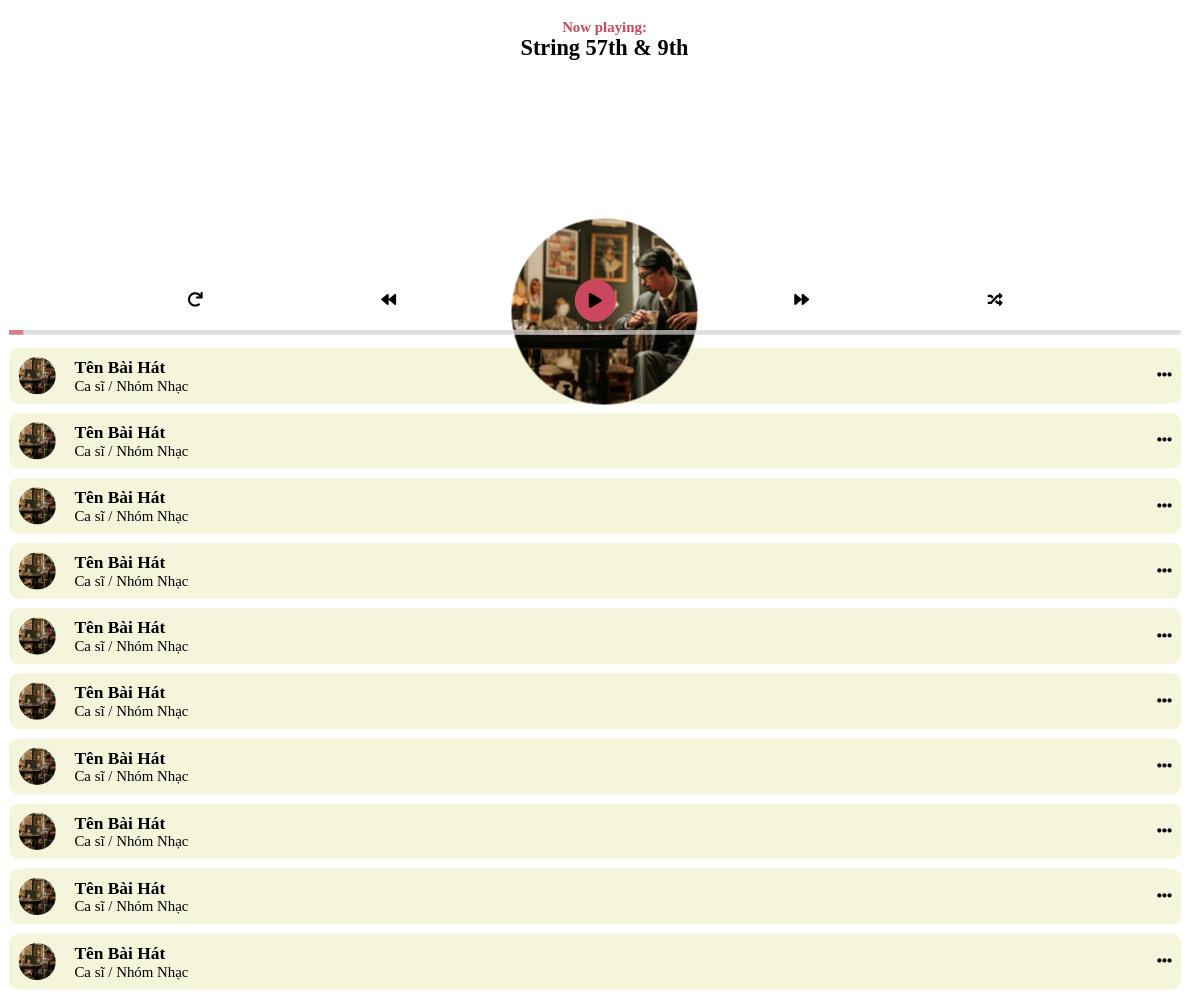
Repository: dovanthao2404/AppMusicPlayer
Page: index.html
The author's editor kept a copy of each file at every save. The page is drawn from the files as they stood at one save, then again after the next save.
The browser window is 1280 px wide. The pictures show the whole page, at 93% of full size.

Above is the page before, as saved 2021-06-28 11:14:19.

### index.html
<!DOCTYPE html>
<html lang="en">

<head>
  <meta charset="UTF-8">
  <meta http-equiv="X-UA-Compatible" content="IE=edge">
  <meta name="viewport" content="width=device-width, initial-scale=1.0">
  <title>Music</title>
  <!-- FONTAWESOME -->
  <link rel="stylesheet" href="https://cdnjs.cloudflare.com/ajax/libs/font-awesome/5.15.3/css/all.min.css"
    integrity="sha512-iBBXm8fW90+nuLcSKlbmrPcLa0OT92xO1BIsZ+ywDWZCvqsWgccV3gFoRBv0z+8dLJgyAHIhR35VZc2oM/gI1w=="
    crossorigin="anonymous" referrerpolicy="no-referrer" />
  <!-- MAIN CSS -->
  <link rel="stylesheet" href="./css/app.css">
</head>

<body>
  <div class="player">
    <div class="dashboards">
      <!-- HEADER -->
      <header>
        <h4>Now playing:</h4>
        <h2>String 57th & 9th</h2>
      </header>

      <!-- CD -->
      <div id="cd" class="cd">
        <div class="thumb">
          <img src="./img/loinho.jpg" alt="">
        </div>
      </div>

      <!-- CONTROL -->
      <div class="controls" class="controls">
        <div class="btn btn-repeat">
          <i class="fa fa-redo"></i>
        </div>
        <div class="btn btn-prev">
          <i class="fa fa-backward"></i>
        </div>
        <div class="btn btn-toggle-play">
          <i class="fa fa-play"></i>
        </div>
        <div class="btn btn-next">
          <i class="fa fa-forward"></i>
        </div>
        <div class="btn btn-random">
          <i class="fa fa-random"></i>
        </div>
      </div>

      <!-- PROGRESS -->
      <input id="progress" class="progress" value="0" step="1" min="0" max="100" type="range">

      <!-- AUDIO -->
      <audio id="audio" src="./music/trontim.mp3"></audio>

      <!-- PLAY LIST -->
      <div class="playlist">
        <div class="song">
          <div class="thumb">
            <img src="./img/loinho.jpg" alt="">
          </div>
          <div class="body">
            <h3 class="title">Tên Bài Hát</h3>
            <p class="author">Ca sĩ / Nhóm Nhạc</p>
          </div>
          <div class="option">
            <i class="fa fa-ellipsis-h"></i>
          </div>
        </div>
        <div class="song">
          <div class="thumb">
            <img src="./img/loinho.jpg" alt="">
          </div>
          <div class="body">
            <h3 class="title">Tên Bài Hát</h3>
            <p class="author">Ca sĩ / Nhóm Nhạc</p>
          </div>
          <div class="option">
            <i class="fa fa-ellipsis-h"></i>
          </div>
        </div>
        <div class="song">
          <div class="thumb">
            <img src="./img/loinho.jpg" alt="">
          </div>
          <div class="body">
            <h3 class="title">Tên Bài Hát</h3>
            <p class="author">Ca sĩ / Nhóm Nhạc</p>
          </div>
          <div class="option">
            <i class="fa fa-ellipsis-h"></i>
          </div>
        </div>
        <div class="song">
          <div class="thumb">
            <img src="./img/loinho.jpg" alt="">
          </div>
          <div class="body">
            <h3 class="title">Tên Bài Hát</h3>
            <p class="author">Ca sĩ / Nhóm Nhạc</p>
          </div>
          <div class="option">
            <i class="fa fa-ellipsis-h"></i>
          </div>
        </div>
        <div class="song">
          <div class="thumb">
            <img src="./img/loinho.jpg" alt="">
          </div>
          <div class="body">
            <h3 class="title">Tên Bài Hát</h3>
            <p class="author">Ca sĩ / Nhóm Nhạc</p>
          </div>
          <div class="option">
            <i class="fa fa-ellipsis-h"></i>
          </div>
        </div>
        <div class="song">
          <div class="thumb">
            <img src="./img/loinho.jpg" alt="">
          </div>
          <div class="body">
            <h3 class="title">Tên Bài Hát</h3>
            <p class="author">Ca sĩ / Nhóm Nhạc</p>
          </div>
          <div class="option">
            <i class="fa fa-ellipsis-h"></i>
          </div>
        </div>
        <div class="song">
          <div class="thumb">
            <img src="./img/loinho.jpg" alt="">
          </div>
          <div class="body">
            <h3 class="title">Tên Bài Hát</h3>
            <p class="author">Ca sĩ / Nhóm Nhạc</p>
          </div>
          <div class="option">
            <i class="fa fa-ellipsis-h"></i>
          </div>
        </div>
        <div class="song">
          <div class="thumb">
            <img src="./img/loinho.jpg" alt="">
          </div>
          <div class="body">
            <h3 class="title">Tên Bài Hát</h3>
            <p class="author">Ca sĩ / Nhóm Nhạc</p>
          </div>
          <div class="option">
            <i class="fa fa-ellipsis-h"></i>
          </div>
        </div>
        <div class="song">
          <div class="thumb">
            <img src="./img/loinho.jpg" alt="">
          </div>
          <div class="body">
            <h3 class="title">Tên Bài Hát</h3>
            <p class="author">Ca sĩ / Nhóm Nhạc</p>
          </div>
          <div class="option">
            <i class="fa fa-ellipsis-h"></i>
          </div>
        </div>
        <div class="song">
          <div class="thumb">
            <img src="./img/loinho.jpg" alt="">
          </div>
          <div class="body">
            <h3 class="title">Tên Bài Hát</h3>
            <p class="author">Ca sĩ / Nhóm Nhạc</p>
          </div>
          <div class="option">
            <i class="fa fa-ellipsis-h"></i>
          </div>
        </div>
      </div>
    </div>
  </div>
  <script src="./js/app.js"></script>
</body>

</html>

### css/app.css
/* GLOBAL */
* {
  padding: 0;
  margin: 0;
  box-sizing: border-box;
}
/* PLAYER */
.dashboards {
  margin: 0 10px;
}
header {
  text-align: center;
  margin: 20px 0;
  position: fixed;
  top: 0;
  width: 100%;
  z-index: 9999;
}
header h4 {
  color: rgb(202, 71, 93);
}
.cd {
  position: fixed;
  top: 85px;
  width: 100%;
  height: 300px;
  z-index: 9999;
}
.cd .thumb {
  width: 200px;
  height: 200px;
  position: absolute;
  top: 50%;
  left: 50%;
  transform: translate(-50%);
}
.cd .thumb img {
  border-radius: 50%;
  width: 100%;
  height: 100%;
  object-fit: cover;
}
.controls {
  display: flex;
  justify-content: space-evenly;
  align-items: center;
  margin-top: 300px;
  position: sticky;
  top: 85px;
  z-index: 9999;
}
.btn-toggle-play .fa {
  padding: 15px;
  border-radius: 50%;
  background-color: rgb(202, 71, 93);
}
.controls .fa-pause {
  display: none;
}
.progress {
  -webkit-appearance: none;
  width: 100%;
  height: 5px;
  background: #d3d3d3;
  outline: none;
  opacity: 0.7;
  transition: opacity 0.2s;
  position: sticky;
  top: 145px;
  z-index: 9999;
}
.progress::-webkit-slider-thumb {
  -webkit-appearance: none;
  appearance: none;
  width: 15px;
  height: 5px;
  background: rgb(202, 71, 93);
  cursor: pointer;
}
.progress::-moz-range-thumb {
  width: 15px;
  height: 5px;
  background: rgb(202, 71, 93);
  cursor: pointer;
}
.song {
  margin: 10px 0;
  background-color: beige;
  display: flex;
  align-items: center;
  padding: 10px;
  border-radius: 10px;
  position: relative;
}
.song .thumb {
  width: 40px;
  height: 40px;
}
.song .thumb img {
  width: 100%;
  height: 100%;
  border-radius: 50%;
  object-fit: cover;
}
.song .body {
  margin-left: 20px;
}
.song .option {
  position: absolute;
  right: 0;
  margin-right: 10px;
}

Loaded but not shown: js/app.js (no stored copy; drawn as an empty file)

After the next save:
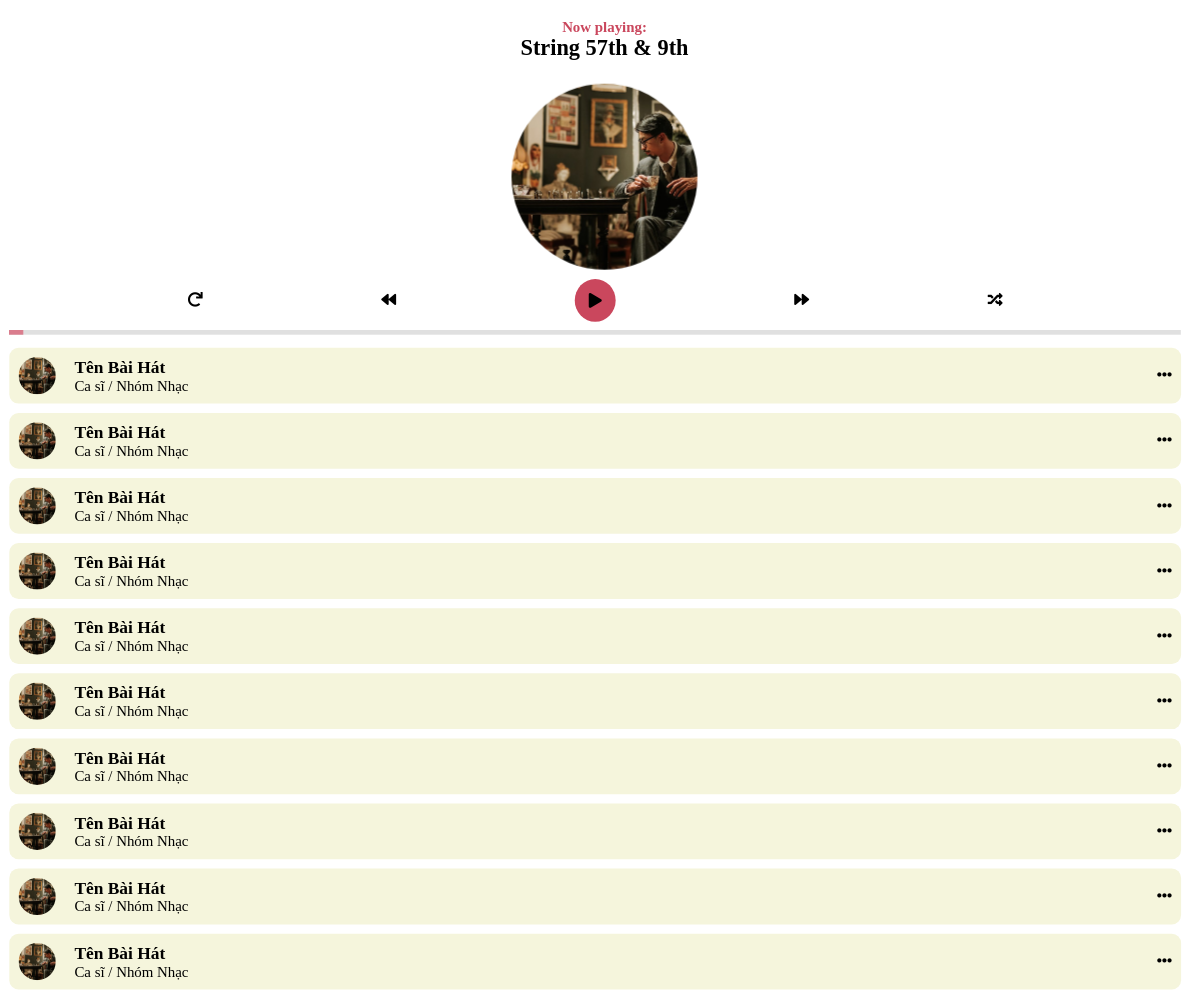
Saved 4 s later.
--- a/css/app.css
+++ b/css/app.css
@@ -23,7 +23,7 @@ header h4 {
   position: fixed;
   top: 85px;
   width: 100%;
-  height: 300px;
+  height: 10px;
   z-index: 9999;
 }
 .cd .thumb {
